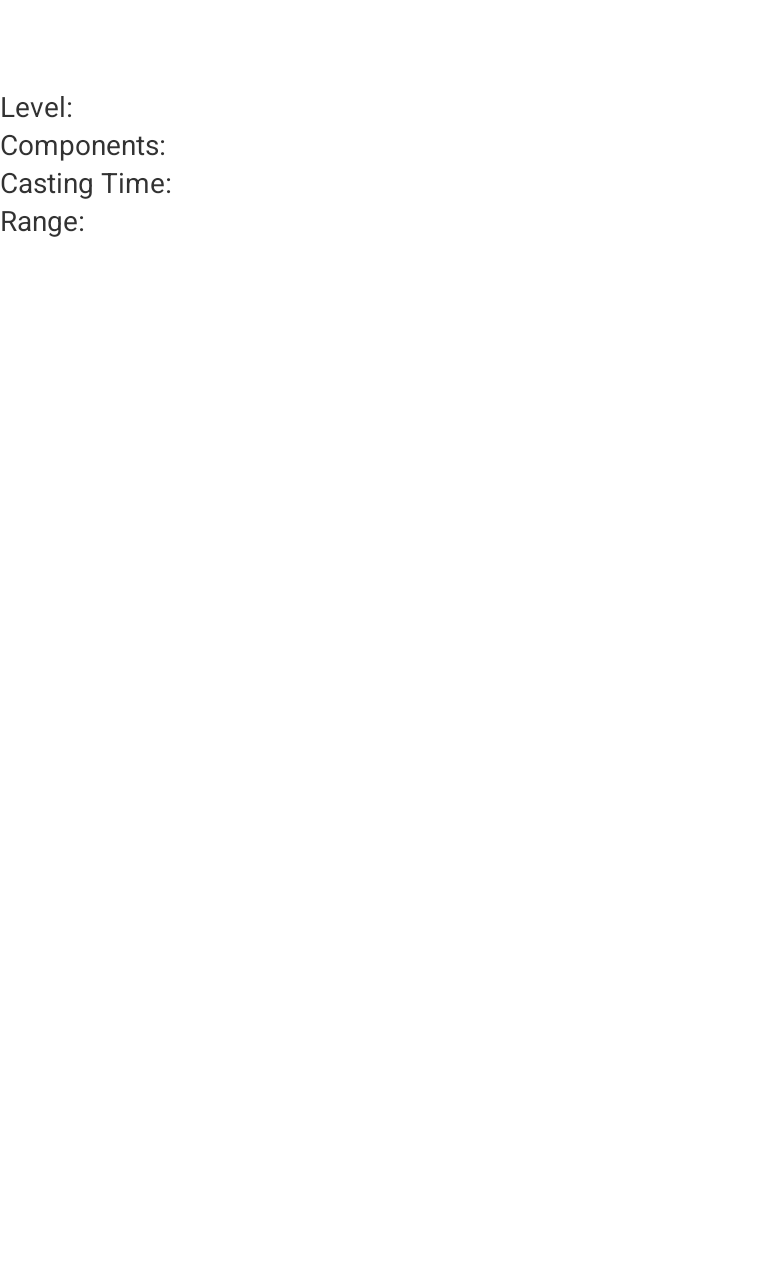
Repository: Rizsti/BrawnyKoala
Layout: 2.2/res/layout/dialogue_spell_details.xml
An editor plug-in stored every save of this project. The layout is shown before and after the next save, followed by the edit.
It is drawn on a 768 x 1280 px phone screen (xhdpi) without system bars, with theme AppTheme; the app's code is not run.

Above is the layout before, as saved 2013-06-09 04:33:32.

After the next save:
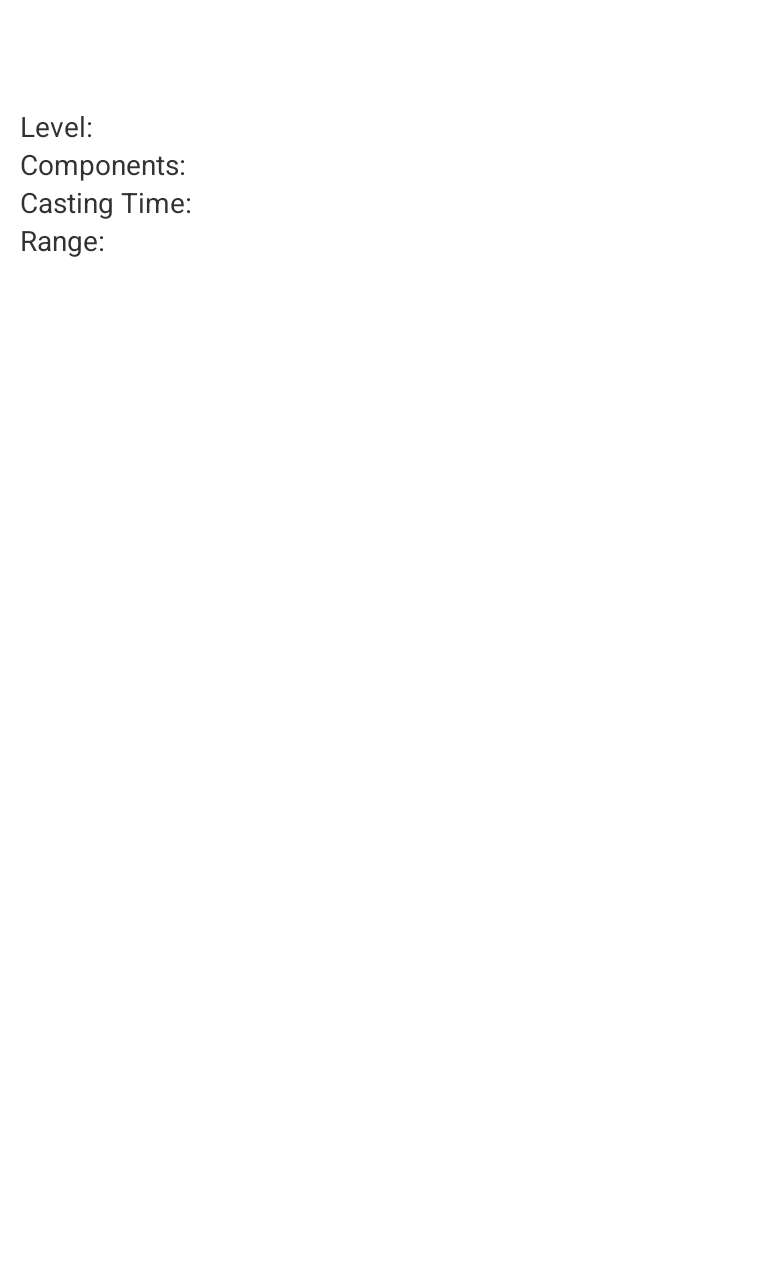
Saved 31 s later.
--- a/2.2/res/layout/dialogue_spell_details.xml
+++ b/2.2/res/layout/dialogue_spell_details.xml
@@ -2,7 +2,8 @@
 <LinearLayout xmlns:android="http://schemas.android.com/apk/res/android"
     android:layout_width="match_parent"
     android:layout_height="match_parent"
-    android:orientation="vertical" >
+    android:orientation="vertical"
+    android:padding="10sp">
 
     <TextView
         android:id="@+id/spellName"
